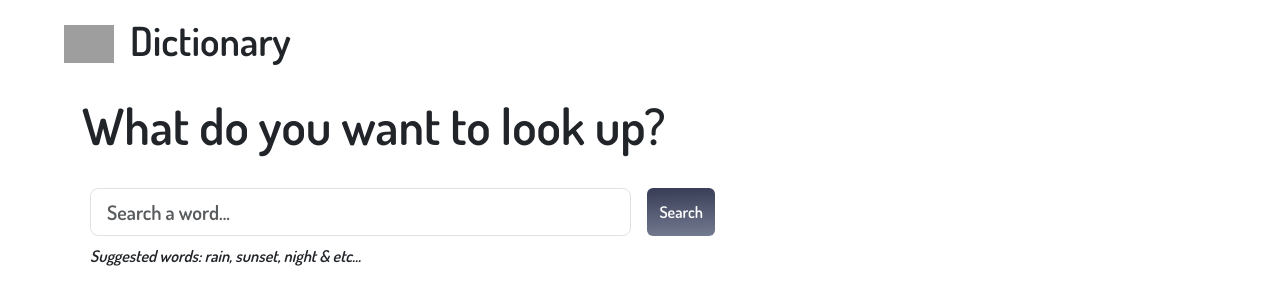
Repository: moehaymanmyint/react-dictionary-app
Page: /
The author's editor kept a copy of each file at every save. The page is drawn from the files as they stood at one save, then again after the next save.
The browser window is 1280 px wide. The pictures show the whole page.
Pictures or frames that could not be fetched are drawn as grey boxes. The project was rebuilt for these pictures with package versions that can differ from the ones it lists, and the page was loaded fresh each time. Also part of the build but not shown: src/Synonyms.js, src/Meaning.js, src/Phonetics.js, src/Results.js.

Above is the page before, as saved 2024-09-07 11:31:19.

### public/index.html
<!DOCTYPE html>
<html lang="en">
  <head>
    <meta charset="utf-8" />
    <link rel="icon" href="%PUBLIC_URL%/favicon.ico" />
    <meta name="viewport" content="width=device-width, initial-scale=1" />
    <meta name="theme-color" content="#000000" />
    <meta
      name="description"
      content="Web site created using create-react-app"
    />
    <link rel="apple-touch-icon" href="%PUBLIC_URL%/logo192.png" />
    <!--
      manifest.json provides metadata used when your web app is installed on a
      user's mobile device or desktop. See https://developers.google.com/web/fundamentals/web-app-manifest/
    -->
    <link rel="manifest" href="%PUBLIC_URL%/manifest.json" />
    <!--
      Notice the use of %PUBLIC_URL% in the tags above.
      It will be replaced with the URL of the `public` folder during the build.
      Only files inside the `public` folder can be referenced from the HTML.

      Unlike "/favicon.ico" or "favicon.ico", "%PUBLIC_URL%/favicon.ico" will
      work correctly both with client-side routing and a non-root public URL.
      Learn how to configure a non-root public URL by running `npm run build`.
    -->
    <title>React App</title>
  </head>
  <body>
    <noscript>You need to enable JavaScript to run this app.</noscript>
    <div id="root"></div>
    <!--
      This HTML file is a template.
      If you open it directly in the browser, you will see an empty page.

      You can add webfonts, meta tags, or analytics to this file.
      The build step will place the bundled scripts into the <body> tag.

      To begin the development, run `npm start` or `yarn start`.
      To create a production bundle, use `npm run build` or `yarn build`.
    -->
  </body>
</html>

### src/App.js
import './App.css';
import 'bootstrap/dist/css/bootstrap.css';

import Search from "./Search"

function App() {
  return (
    <div className="App">
      {/* Logo */}
      <div className='logo m-3 mx-5 d-flex align-items-center'>
        <img src="https://th.bing.com/th/id/R.1ebe3e38406a8906121c9769e62adc3e?rik=d1hISy0qiMJ7Hg&pid=ImgRaw&r=0" alt="Logo" className='mx-3'/>
        <h2>Dictionary</h2>
      </div>

      <div className='container'>
        <Search />
      </div>
    </div>
  );
}

export default App;

### src/App.css
@import url('https://fonts.googleapis.com/css2?family=Dosis:wght@600&display=swap');

.App img{
    width: 50px;
}

.App{
    font-family: "Dosis", sans-serif;
}

### src/Search.js
import React, {useState} from "react";
import 'bootstrap/dist/css/bootstrap.css';
import axios from "axios";
import Results from "./Results"
import "./Dictionary.css";

export default function Search(){
    let [word, setWord] = useState('');
    let [results, setResult] = useState(null);

    function handleDictionaryResponse(response){
        console.log(response.data[0]);
        setResult(response.data[0])
    }

    function handleImageResponse(response){
        console.log(response.data)
    }

    function handleSubmit(event){
        event.preventDefault();

        //Dictionary API
        let apiUrl = `https://api.dictionaryapi.dev/api/v2/entries/en_US/${word}`;
        axios.get(apiUrl).then(handleDictionaryResponse);

        //Image APT
        let imgaeApiKey = "YjZHrFtqi0MmsvmCsjW9BM3SiR7Xv5HUozz9pPxEQ26WQPC6FFlQBqaO";
        let imgApiUrl = `https://api.pexels.com/v1/search?query=${word}`;
        let header = { Authorization: `${imgaeApiKey}` };
        axios.get(imgApiUrl, { headers: header }).then(handleImageResponse);
    }

    function updateWord(event){
        setWord(event.target.value);
    }

    return (
        <div className="Search">
            <h1 className="my-4">What do you want to look up?</h1>
            <div className="row d-flex">
                <div className="col-7">
                    <form onSubmit={handleSubmit} className="d-flex">
                        <input type="search" className="form-control form-control-lg m-2" value={word} onChange={updateWord} placeholder="Search a word..."/>
                        <input type="submit" value="Search" className="btn btn m-2"/>
                    </form>
                    <em className="mx-2">Suggested words: rain, sunset, night & etc...</em>
                    <section className="meaning">
                        <Results results={results}/>
                    </section>
                </div>
                <div className="col-5">

                </div>
            </div>
        </div>
    );
}

### src/Dictionary.css
.Results .box,
.Meaning{
    background-color: white;
    box-shadow: rgba(100, 100, 111, 0.2) 0px 7px 29px 0px;
    border-radius: 10px;
}

h2{
    font-size: 40px;
    text-transform: capitalize;
}

p{
    font-size: 18px;
}

.Search h1{
    font-size: 50px;
}
.Search .btn{
    background: linear-gradient(177.9deg, rgb(58, 62, 88) 3.6%, rgb(119, 127, 148) 105.8%);
    border: none;
    color: white;
    transition: 0.5s;
}

Loaded but not shown: src/index.js (common file); src/index.css (common file); src/reportWebVitals.js (common file)

After the next save:
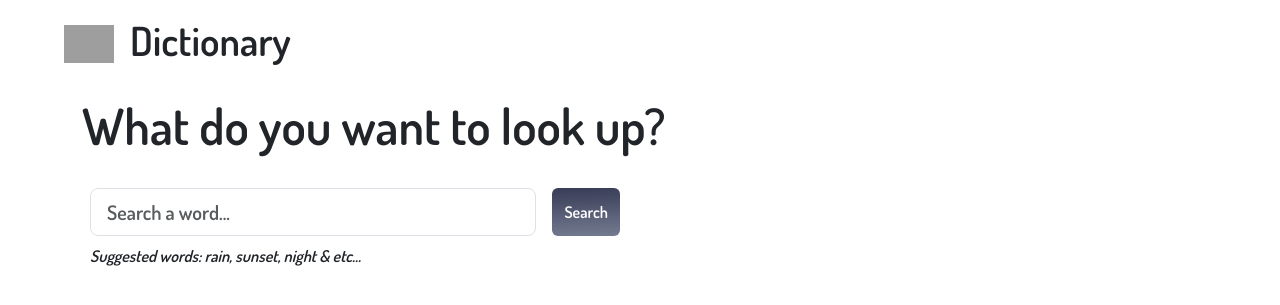
Saved 63 s later.
--- a/src/Search.js
+++ b/src/Search.js
@@ -39,7 +39,7 @@ export default function Search(){
         <div className="Search">
             <h1 className="my-4">What do you want to look up?</h1>
             <div className="row d-flex">
-                <div className="col-7">
+                <div className="col-6">
                     <form onSubmit={handleSubmit} className="d-flex">
                         <input type="search" className="form-control form-control-lg m-2" value={word} onChange={updateWord} placeholder="Search a word..."/>
                         <input type="submit" value="Search" className="btn btn m-2"/>
@@ -49,7 +49,7 @@ export default function Search(){
                         <Results results={results}/>
                     </section>
                 </div>
-                <div className="col-5">
+                <div className="col-6">
 
                 </div>
             </div>
